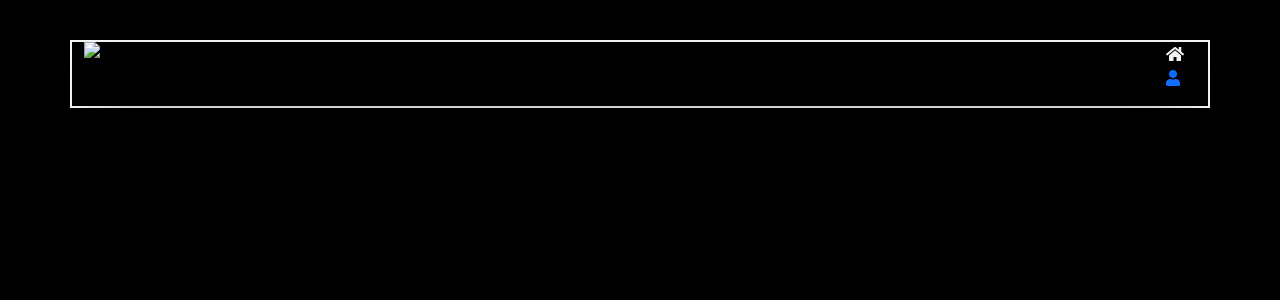
Repository: latenightsnacc/urban-pancake
Page: index.html
An editor plug-in stored every save of this project. The page is shown before and after the next save, followed by the edit.
The browser window is 1280 px wide. The pictures show the whole page.
Some web libraries are served in a nearby version.

Above is the page before, as saved 2021-04-30 10:37:46.

After the next save:
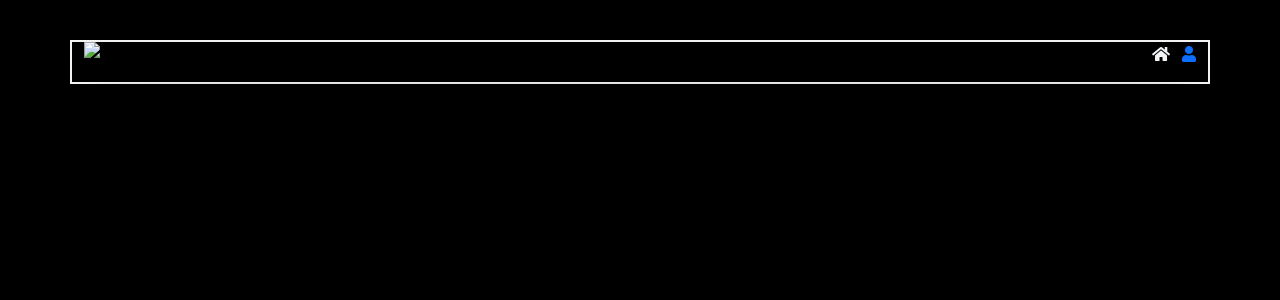
Saved 26 s later.
--- a/index.html
+++ b/index.html
@@ -26,7 +26,7 @@
                     <img src="/" >
                 </a>
 
-                <ul>
+                <ul class="flex flex-row">
                     <li class="mr-3">
                         <a href="index.html" class="text-gray-100">
                             <i class="fas fa-home"></i>
